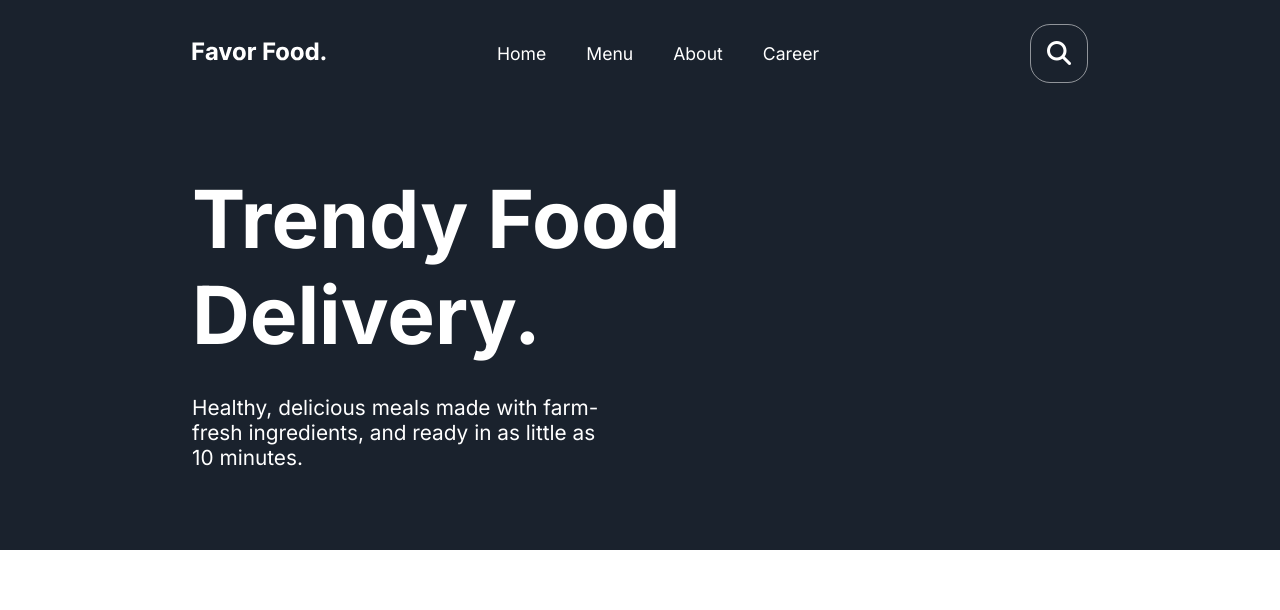
Repository: badhon252/favor-food
Page: index.html
The author's editor kept a copy of each file at every save. The page is drawn from the files as they stood at one save, then again after the next save.
The browser window is 1280 px wide. The pictures show the whole page.
The style sheet was rebuilt from its Sass, Less or Tailwind sources for each picture, by a compiler version that may differ from the author's.

Above is the page before, as saved 2022-09-10 15:12:51.

### index.html
<!DOCTYPE html>
<html lang="en">

<head>
    <meta charset="UTF-8">
    <meta http-equiv="X-UA-Compatible" content="IE=edge">
    <meta name="viewport" content="width=device-width, initial-scale=1.0">
    <!-- fontawesome cdn link  -->
    <link rel="stylesheet" href="https://cdnjs.cloudflare.com/ajax/libs/font-awesome/6.2.0/css/all.min.css">
    <!-- custom css  -->
    <link rel="stylesheet" href="scss/style.css">

    <title>Favor-Food</title>
</head>

<body>
    <header class="">
        <div class="container">

            <nav>
                <div class="navbar-brand">
                    <img src="./images/logo.svg" alt="">
                </div>
                <ul class="nav">
                    <li><a href="">Home</a></li>
                    <li><a href="">Menu</a></li>
                    <li><a href="">About</a></li>
                    <li><a href="">Career</a></li>
                </ul>

                <div class="search-icon">
                    <i class="fa-solid fa-magnifying-glass"></i>
                </div>
            </nav>

            <div class="header-content">
                <div class="col-md-6">
                    <h1>Trendy Food <br> Delivery.</h1>
                    <p>Healthy, delicious meals made with farm- <br> fresh ingredients, and ready in as little as <br>
                        10 minutes.
                    </p>
                </div>
                <div class="col-md-6"></div>
            </div>
        </div>
    </header>
</body>

</html>

### scss/style.scss
@import url("https://fonts.googleapis.com/css2?family=Inter:wght@400;600;700;800;900&display=swap");
* {
  margin: 0%;
  padding: 0;
  box-sizing: border-box;
  font-family: "Inter", sans-serif;
}

.container {
  margin: 0 12rem;
}
.row {
  display: flex;
  align-items: center;
  justify-content: space-between;
}
h1 {
  font-weight: 700;
  font-size: 5rem;
  line-height: 96px;
}
header {
  background-color: #1a222d;
  color: #fff;
  nav {
    display: flex;
    justify-content: space-between;
    align-items: center;
    padding: 1.5rem 0;
    ul {
      display: flex;
      li {
        list-style-type: none;
        a {
          text-decoration: none;
          color: #fff;
          margin-right: 2.5rem;
          font-size: 1.1rem;
          font-weight: 500;
        }
      }
    }

    .search-icon {
      color: #fff;
      border: 1px solid rgba(255, 255, 255, 0.521);
      border-radius: 50%;
      padding: 1rem;
      border-radius: 20px;
      cursor: pointer;
      &:hover {
        opacity: 1;
      }
      i {
        font-size: 1.5rem;
      }
    }
  }

  .header-content {
    padding: 3rem 0;
    h1 {
      margin: 1rem 0;
    }
    p {
      font-size: 1.3rem;
      font-weight: 500;
      margin: 2rem 0;
    }
  }
}

After the next save:
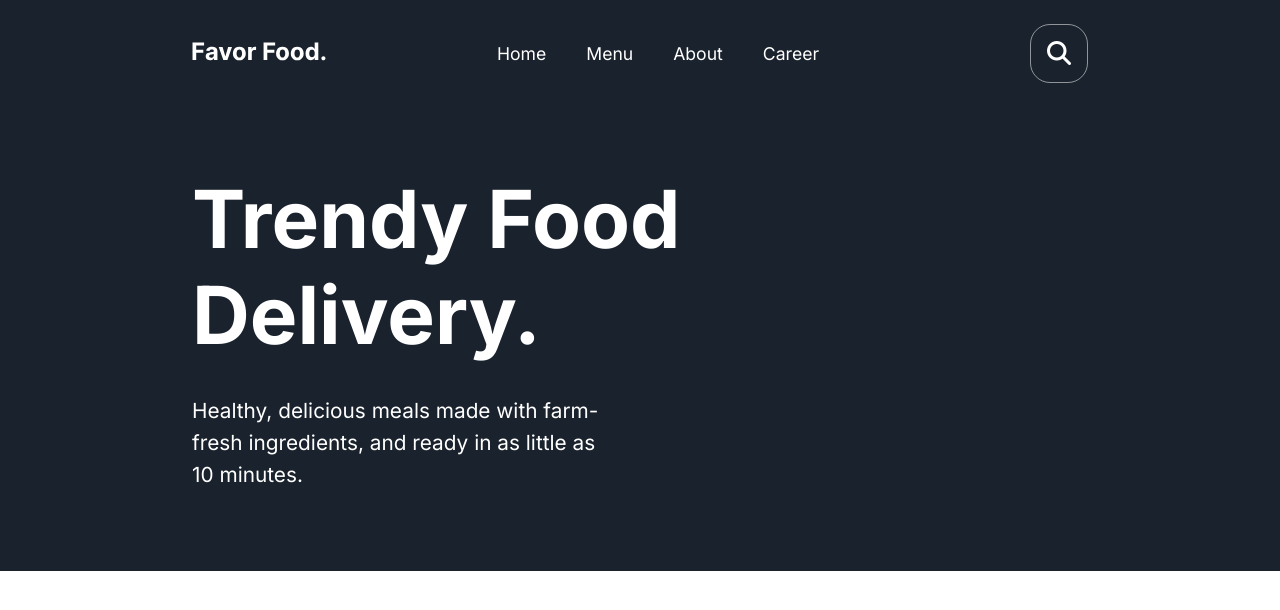
Saved 22 s later.
--- a/scss/style.scss
+++ b/scss/style.scss
@@ -66,6 +66,7 @@ header {
       font-size: 1.3rem;
       font-weight: 500;
       margin: 2rem 0;
+      line-height: 32px;
     }
   }
 }
